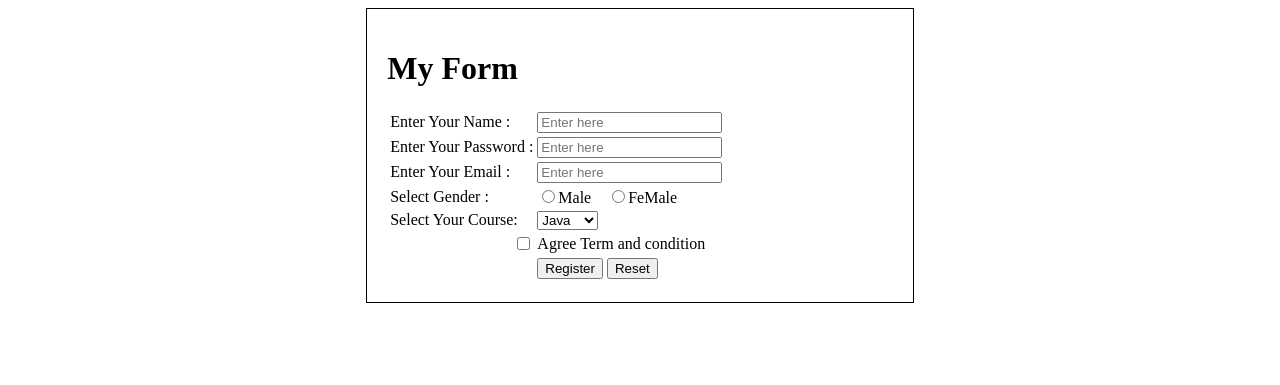
Repository: Kamleshmaury/CoreJava
Page: RegistrationForm/src/main/webapp/index.html
An editor plug-in stored every save of this project. The page is shown before and after the next save, followed by the edit.
The browser window is 1280 px wide. The pictures show the whole page.

Above is the page before, as saved 2022-10-18 09:09:13.

### RegistrationForm/src/main/webapp/index.html
<!DOCTYPE html>
<html>
<head>
<meta charset="UTF-8">
<title>Registration Form</title>

		<style>
			.container{
				width: 40%;
				border: 1px solid black;
				margin: auto;
				padding: 20px;
			}

		</style>

</head>
<body>
	<div class="container">
		<h1>My Form</h1>
		<form action="RegistrationServlet" method="post">
			<table>
				<tr>
					<td>Enter Your Name : </td>
					<td> <input type ="text" name="name" placeholder="Enter here"></td>
				</tr>
				<tr>
					<td>Enter Your Password : </td>
					<td> <input type ="password" name="password" placeholder="Enter here"></td>
				</tr>
				<tr>
					<td>Enter Your Email : </td>
					<td> <input type ="email" name="email" placeholder="Enter here"></td>
				</tr>
				<tr>
					<td>Select Gender : </td>
					<td><input type="radio" name="gender" value="male">Male &nbsp; &nbsp;<input type="radio" name="gender" value="female">FeMale </td>
				</tr>

				<tr>
					<td>Select Your Course:</td>
					<td>
						<select name="course">
							<option value="java">Java</option>
							<option value="c++">C++</option>
							<option value="Spring">Spring</option>
							<option value="Mysql">MySql</option>
						</select>
					</td>
				</tr>

				<tr>
					<td style="text-align:right">
						<input type="checkbox" value="checked" name="condition"/>
					</td>
					<td>Agree Term and condition</td>
				</tr>
				<tr>

					<td>

					</td>
					<td>
						<button type="submit">Register </button>
					 	<button type="reset">Reset </button>
					 </td>
				</tr>
			</table>

		</form>
	</div>
</body>
</html>

After the next save:
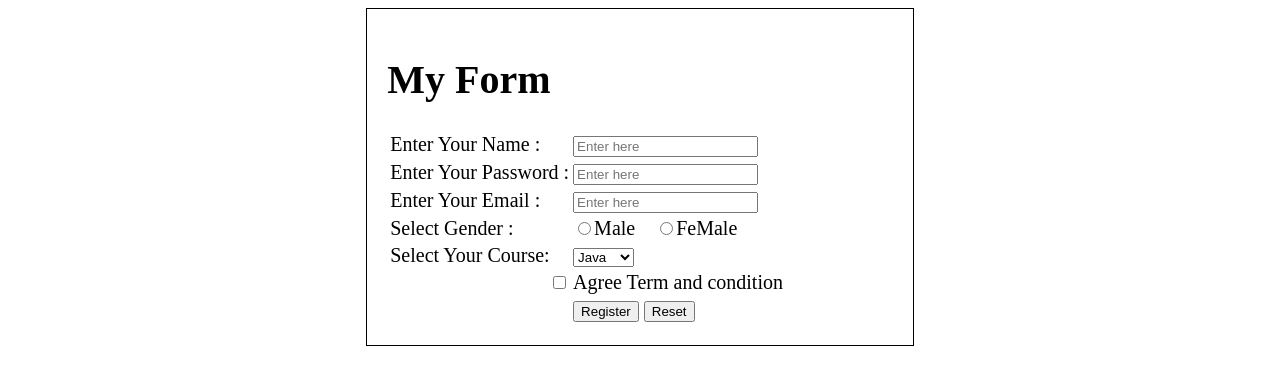
Saved 43 s later.
--- a/RegistrationForm/src/main/webapp/index.html
+++ b/RegistrationForm/src/main/webapp/index.html
@@ -10,6 +10,7 @@
 				border: 1px solid black;
 				margin: auto;
 				padding: 20px;
+				font-size: 20px;
 			}
 
 		</style>
